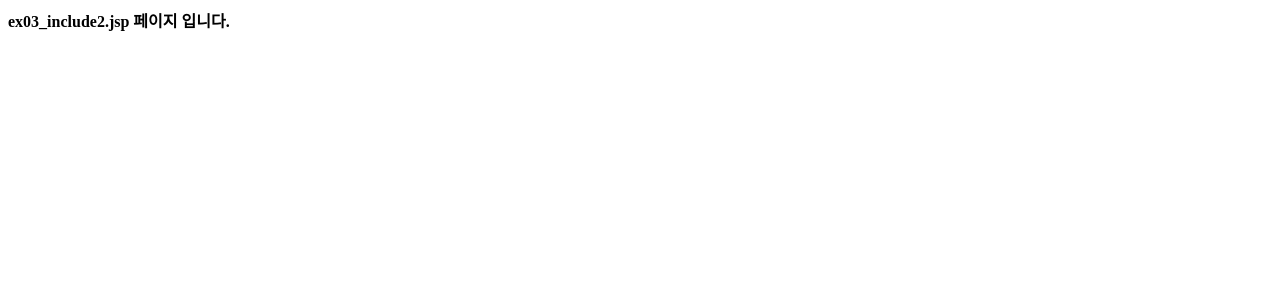
Repository: WONDongin/GoodeeAcademy_JAVA
Page: http://localhost/jspStudy/ex06_pageContext/ex03_include2.jsp
These files come from the project's save history. The page is drawn as it stood at one moment and after a run of saves; the edit follows.
The browser window is 1280 px wide. The pictures show the whole page.
The page is served by Tomcat 9.

Above is the page before, as saved 2025-04-02 03:32:48.

### jsp_study/jspStudy/src/main/webapp/ex06_pageContext/ex03_include2.jsp
<%@ page language="java" contentType="text/html; charset=UTF-8"
    pageEncoding="UTF-8"%>
<h4>ex03_include2.jsp 페이지 입니다.</h4>

After the next 2 saves:
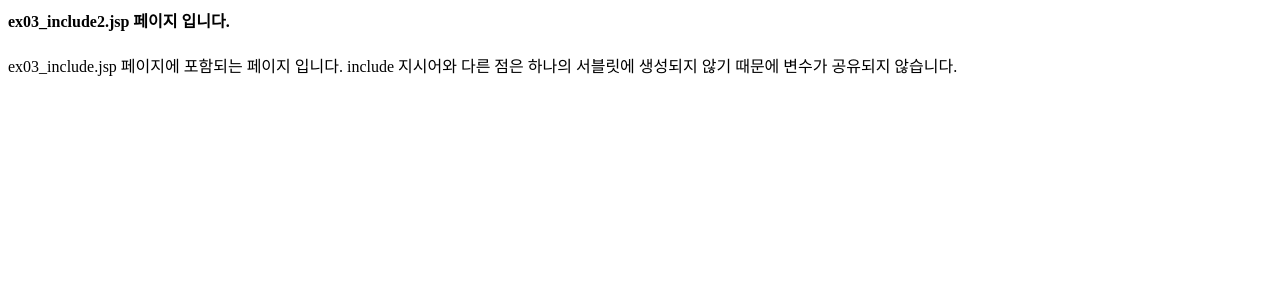
The 2 saves are shown as one change because 1 did not build or start.
The last was saved 3 min 9 s later.
--- a/jsp_study/jspStudy/src/main/webapp/ex06_pageContext/ex03_include2.jsp
+++ b/jsp_study/jspStudy/src/main/webapp/ex06_pageContext/ex03_include2.jsp
@@ -1,3 +1,10 @@
 <%@ page language="java" contentType="text/html; charset=UTF-8"
     pageEncoding="UTF-8"%>
 <h4>ex03_include2.jsp 페이지 입니다.</h4>
+<p>
+	ex03_include.jsp 페이지에 포함되는 페이지 입니다.
+	include 지시어와 다른 점은 하나의 서블릿에 생성되지 않기 때문에 변수가 공유되지 않습니다.<br/>
+	<%
+		// System.out.println(msg);
+	%>
+</p>
